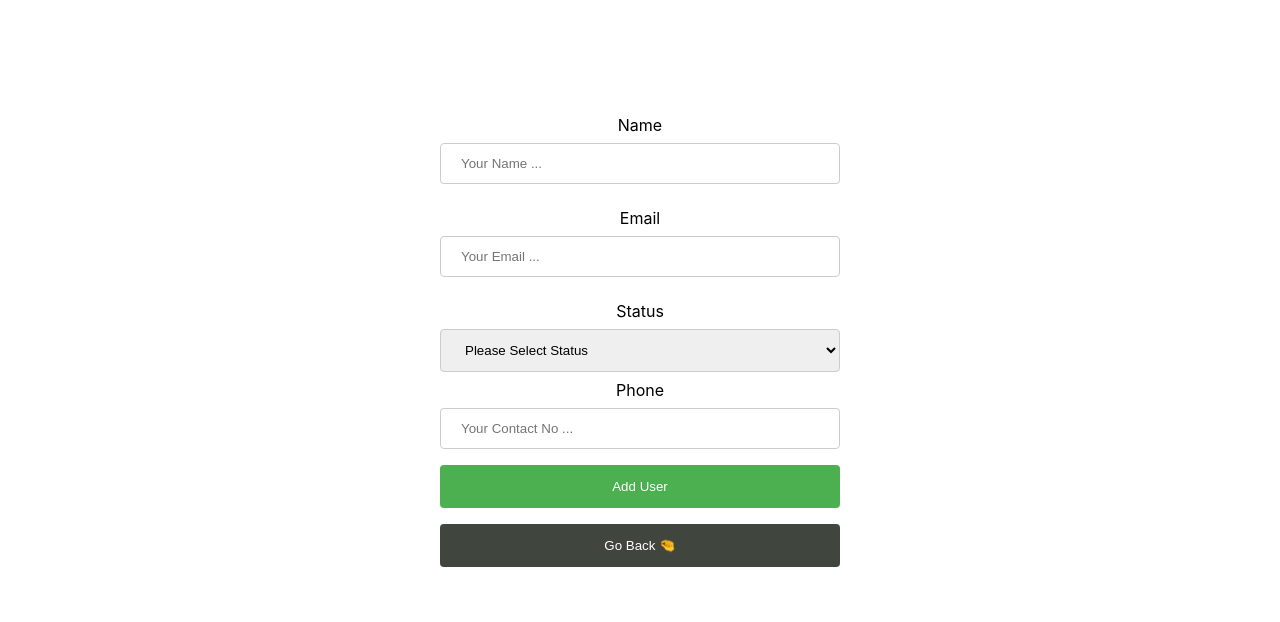
Repository: fdhhhdjd/Redux-Toolkit-CURD-Firebase
Page: /add
An editor plug-in stored every save of this project. The page is shown before and after the next save, followed by the edit.
The browser window is 1280 px wide. The pictures show the whole page.
The project was rebuilt for these pictures with package versions that can differ from the ones it lists, and the page was loaded fresh each time. Also part of the build but not shown: src/Styles/Home.css, src/Component/Moments.js, src/Component/Home.js, src/Styles/View.css, src/Component/View.js.

Above is the page before, as saved 2021-10-25 14:07:10.

After the next save:
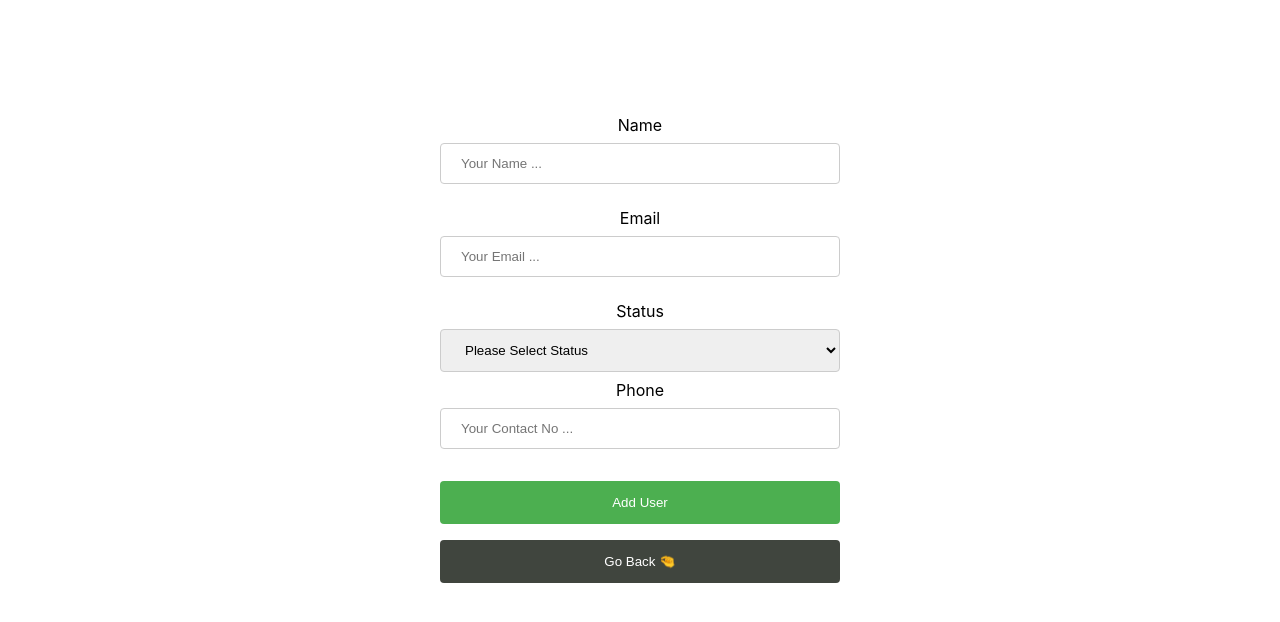
Saved 45 s later.
--- a/src/Component/AddEdit.js
+++ b/src/Component/AddEdit.js
@@ -124,8 +124,12 @@
             name="phone"
             placeholder="Your Contact No ..."
             value={phone || ""}
+            {...register("phone", { required: true, min: 18, max: 99 })}
             onChange={handleInputChange}
           />
+          <p className="p">
+            {errors.phone?.type === "required" && "First name is required"}
+          </p>
           {id ? (
             <input type="submit" value="Edit User" />
           ) : (

After the 2 saves that followed:
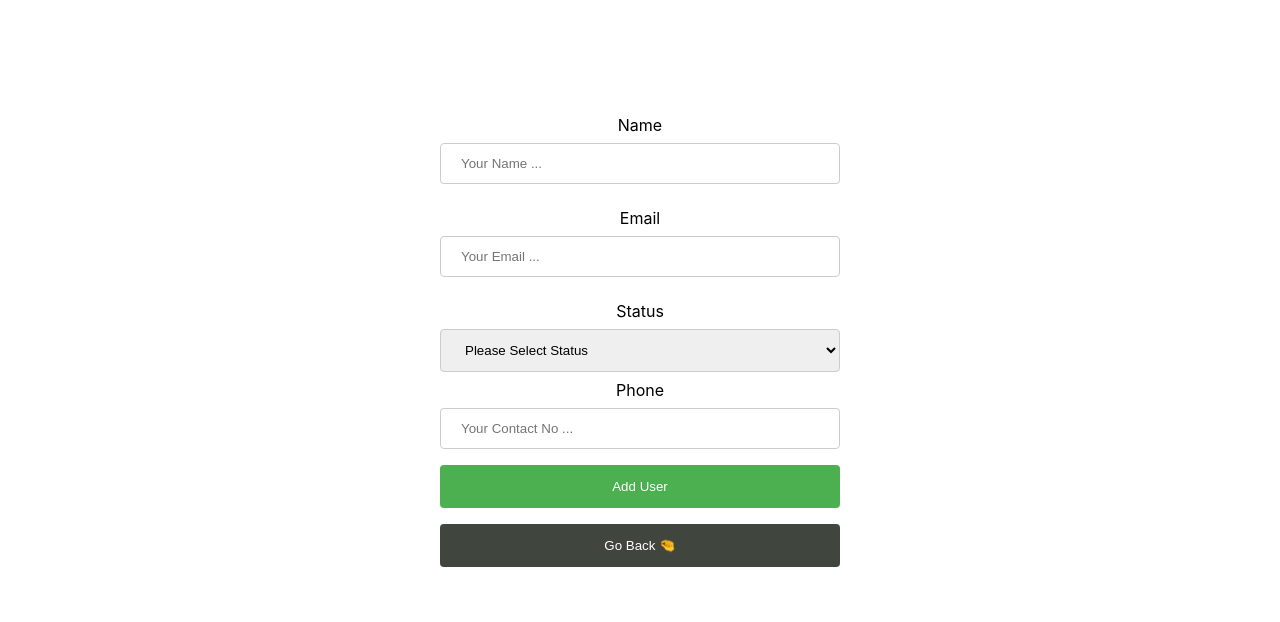
The 2 saves are shown as one change because 1 left the picture as it was.
The last was saved 3 min 52 s later.
--- a/src/Component/AddEdit.js
+++ b/src/Component/AddEdit.js
@@ -77,7 +77,7 @@
             onChange={handleInputChange}
           />
           <p style={{ color: "red" }}>
-            {errors.name?.type === "required" && "Please Enter Name !"}
+            {errors.name?.type === "required" && "Please Enter Name ?"}
             {errors?.name?.type === "maxLength" && (
               <p>First name cannot exceed 20 characters</p>
             )}
@@ -96,7 +96,7 @@
             onChange={handleInputChange}
           />
           <p style={{ color: "red" }}>
-            {errors.email?.type === "required" && "Please Enter Email !"}
+            {errors.email?.type === "required" && "Please Enter Email "}
             {errors?.email?.type === "pattern" && "Email Invalid"}
           </p>
 
@@ -124,12 +124,8 @@
             name="phone"
             placeholder="Your Contact No ..."
             value={phone || ""}
-            {...register("phone", { required: true, min: 18, max: 99 })}
             onChange={handleInputChange}
           />
-          <p className="p">
-            {errors.phone?.type === "required" && "First name is required"}
-          </p>
           {id ? (
             <input type="submit" value="Edit User" />
           ) : (
